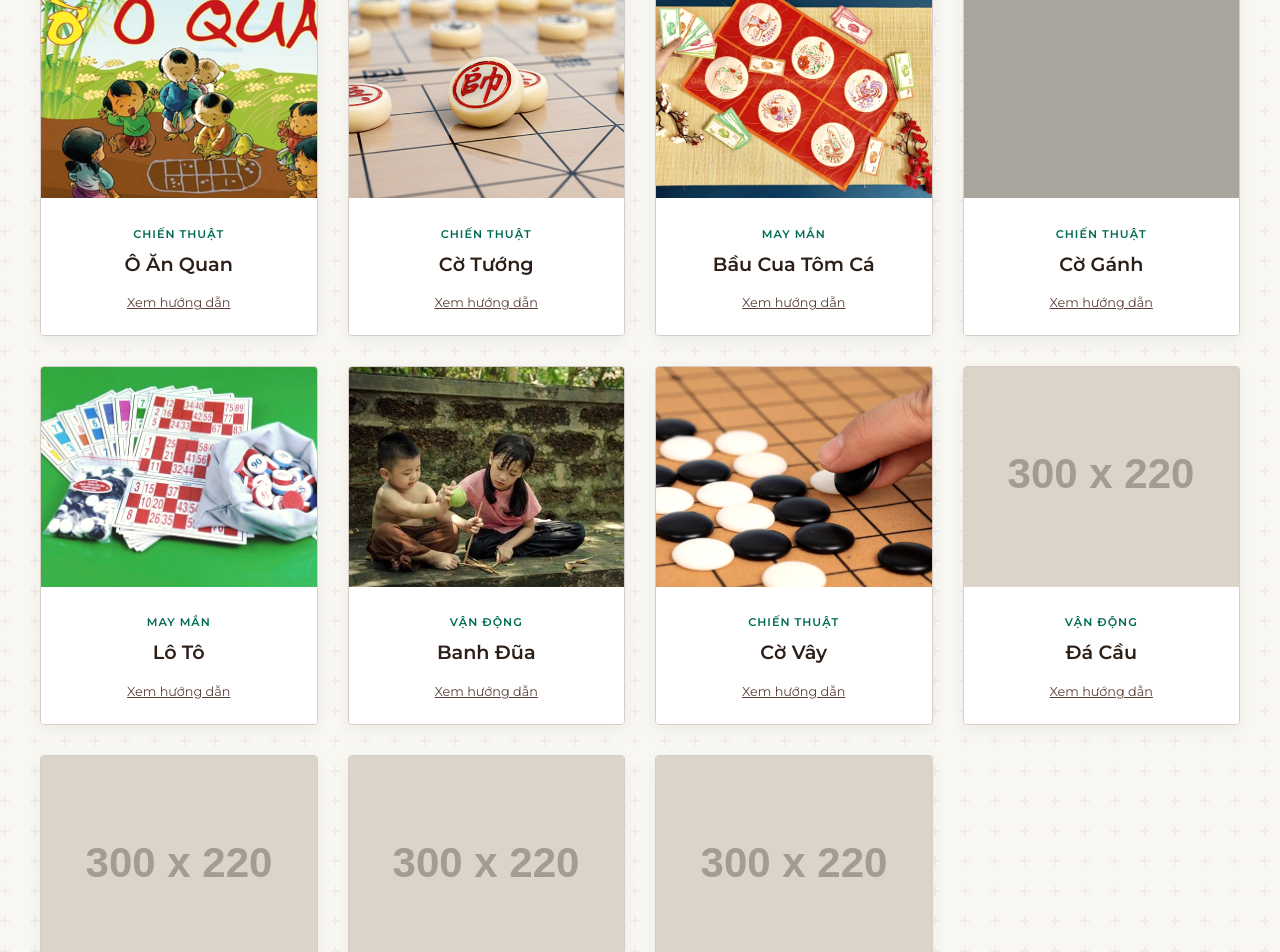
Repository: Lukas952003/Project-The-Heritage-Hub-Coffee-Marketing
Page: games.html
An editor plug-in stored every save of this project. The page is shown before and after the next save, followed by the edit.
The browser window is 1280 px wide. The pictures show the part of the page from y = 674 to 1626 px (the page is 2220 px tall).
Pictures or frames that could not be fetched are drawn as grey boxes. Backgrounds fixed to the window are drawn as part of the page.

Above is the page before, as saved 2025-12-28 21:38:15.

After the next save:
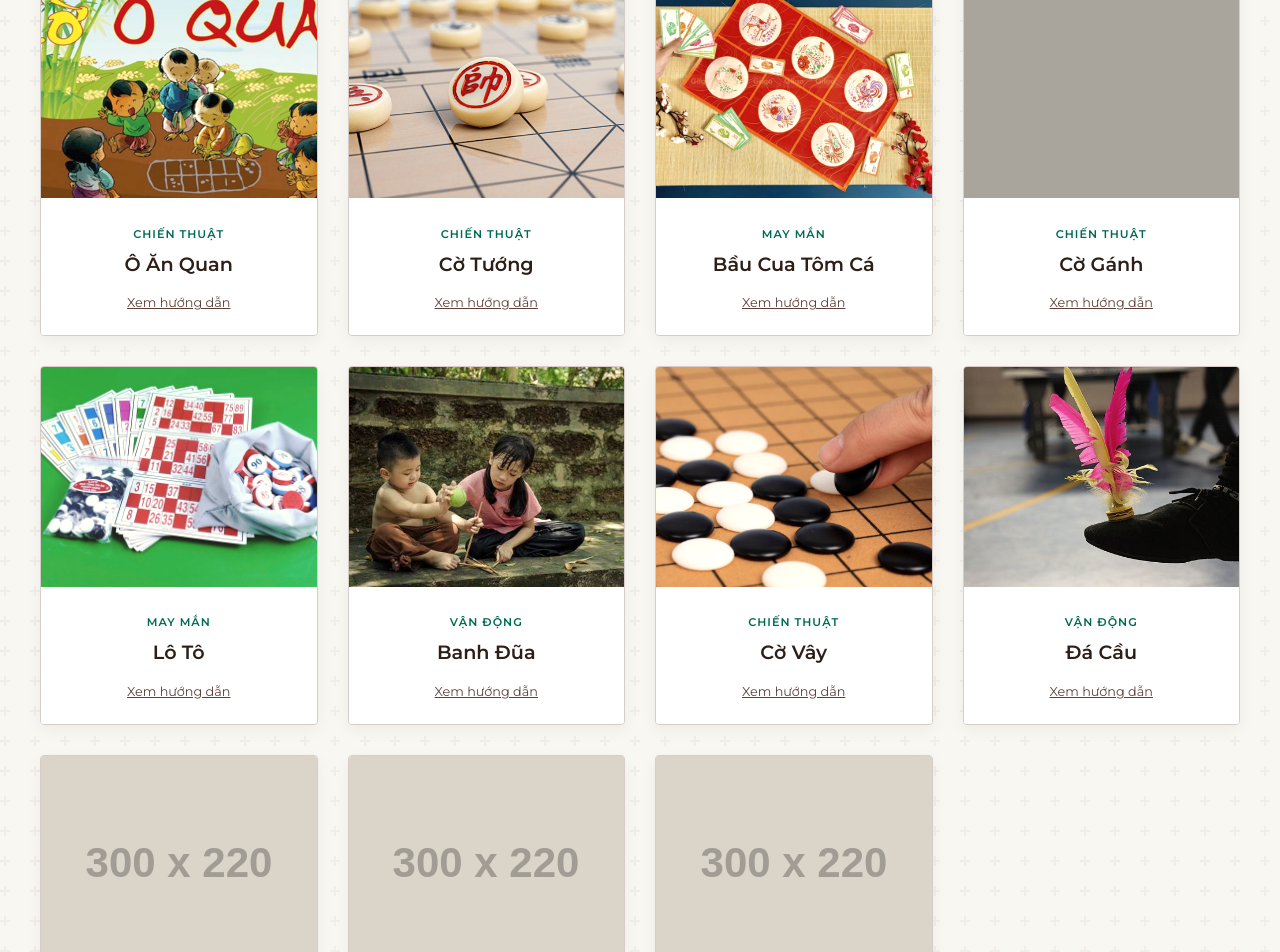
Saved 39 s later.
--- a/games.html
+++ b/games.html
@@ -647,7 +647,7 @@
         </div>
 
         <div class="game-card" data-cat="van-dong">
-          <img src="https://via.placeholder.com/300x220" class="game-thumb" />
+          <img src="./img/game-da-cau.jpg" class="game-thumb" />
           <div class="game-info">
             <span class="game-tag">Vận Động</span>
             <div class="game-title">Đá Cầu</div>
